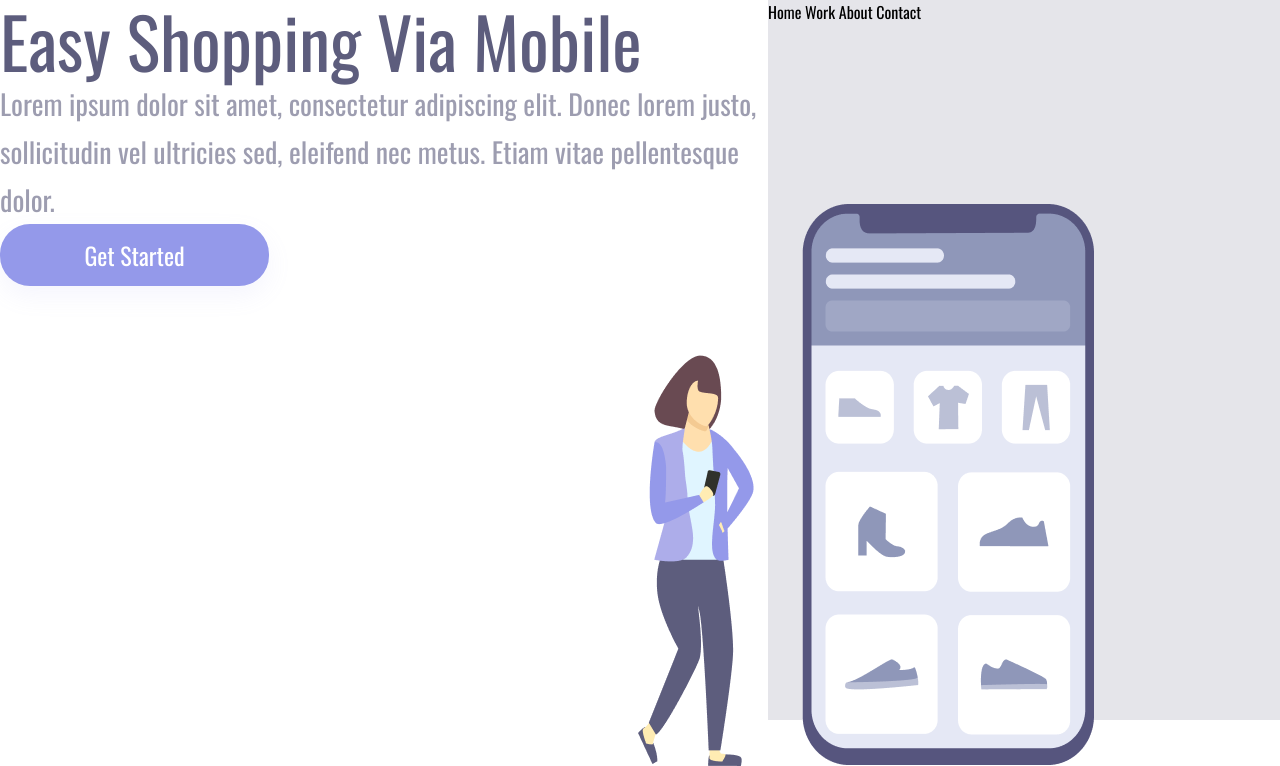
Repository: Leo-Marques-882/Projeto-Git-2
Page: index.html
These files come from the project's save history. The page is drawn as it stood at one moment and after the next save; the edit follows.
The browser window is 1280 px wide. The pictures show the whole page.

Above is the page before, as saved 2023-03-06 23:50:06.

### index.html
<!DOCTYPE html>
<html lang="pt_br">

<head>
    <meta charset="UTF-8">
    <meta http-equiv="X-UA-Compatible" content="IE=edge">
    <meta name="viewport" content="width=device-width, initial-scale=1.0">
    <link rel="stylesheet" href="styless.css">
    <link rel="preconnect" href="https://fonts.googleapis.com">
    <link rel="preconnect" href="https://fonts.gstatic.com" crossorigin>
    <link href="https://fonts.googleapis.com/css2?family=Oswald&display=swap" rel="stylesheet">

    <title>Projeto 1</title>
</head>

<body>
    <div class="wrapper">
        <section class="container-left">
            <h1>Easy Shopping Via Mobile</h1>
            <p>Lorem ipsum dolor sit amet, consectetur adipiscing
                elit. Donec lorem justo, sollicitudin vel ultricies sed,
                eleifend nec metus. Etiam vitae pellentesque dolor. </p>
            <button>Get Started</button>
        </section>
        <section class="container-right">
            <header>
                <a>Home</a>
                <a>Work</a>
                <a>About</a>
                <a>Contact</a>
            </header>
            <img src="./img/Illustration.png" alt="girl-cellphone">
        </section>
    </div>
</body>

</html>

### styless.css
* {
    margin: 0;
    padding: 0;
    box-sizing: border-box;
    font-family: 'Oswald', sans-serif;
}

.wapper {
    height: 100vh;
    ;
    width: 100vw;
}

.container-left {
    display: inline-block;
    width: 60%;
}

h1 {
    font-weight: 400;
    font-size: 70px;
    line-height: 80px;
    color: #5D5D7D;
}

p {
    font-weight: 400;
    font-size: 28px;
    line-height: 48px;
    color: #5D5D7D;
    opacity: 0.6;
    margin: 15px, 0;
}

button {
    width: 269px;
    height: 62px;
    background: #9499EA;
    box-shadow: 0px 10px 24px rgba(148, 153, 234, 0.0979959);
    font-weight: 400;
    font-size: 24px;
    line-height: 36px;
    text-align: center;
    color: #FFFFFF;
    border-radius: 30px;
    border: none;
    cursor: pointer;
}

button:hover {
    opacity: .8;
}

button:active {
    opacity: .5;
}

.container-right {
    display: inline-block;
    background-color: rgba(93, 93, 125, 0.16);
    height: 100vh;
    width: 40%;
    position: absolute;
}

img {
    position: relative;
    top: 25%;
    right: 130px;
}

After the next save:
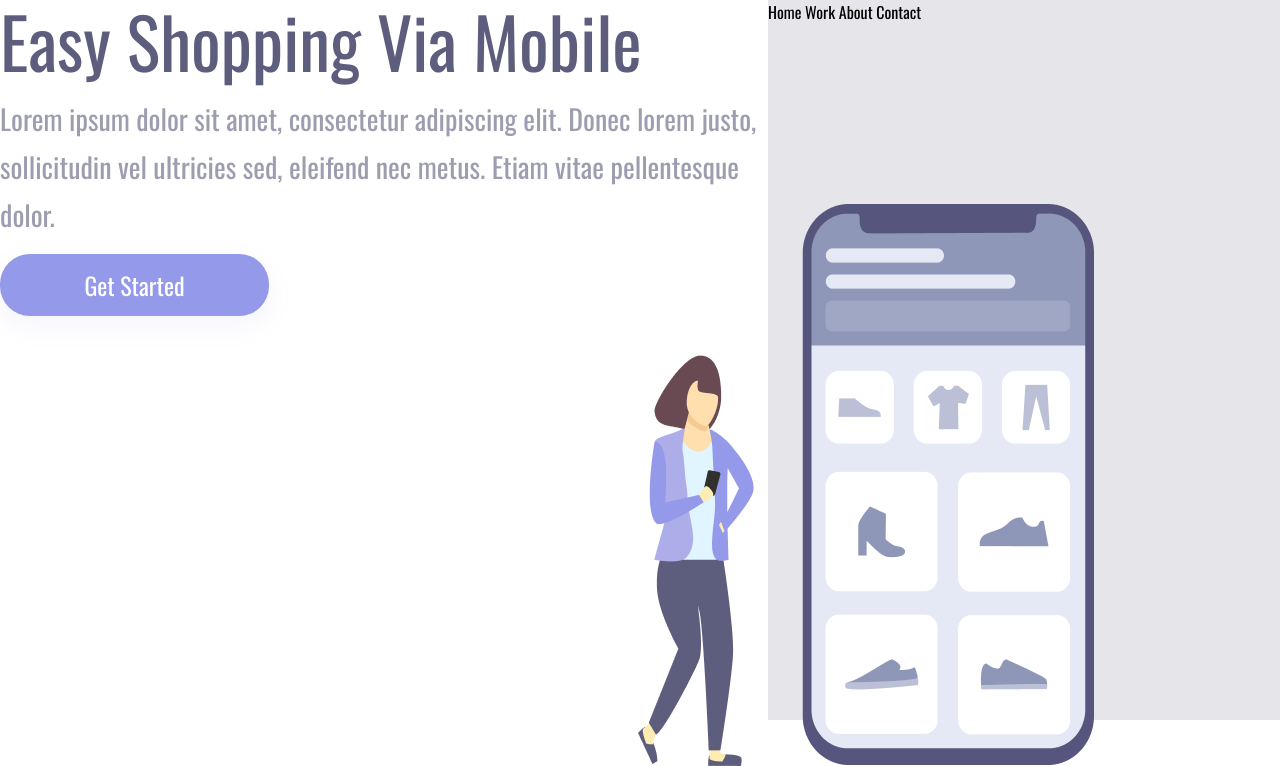
Saved 20 s later.
--- a/styless.css
+++ b/styless.css
@@ -29,7 +29,7 @@
     line-height: 48px;
     color: #5D5D7D;
     opacity: 0.6;
-    margin: 15px, 0;
+    margin: 15px 0;
 }
 
 button {
